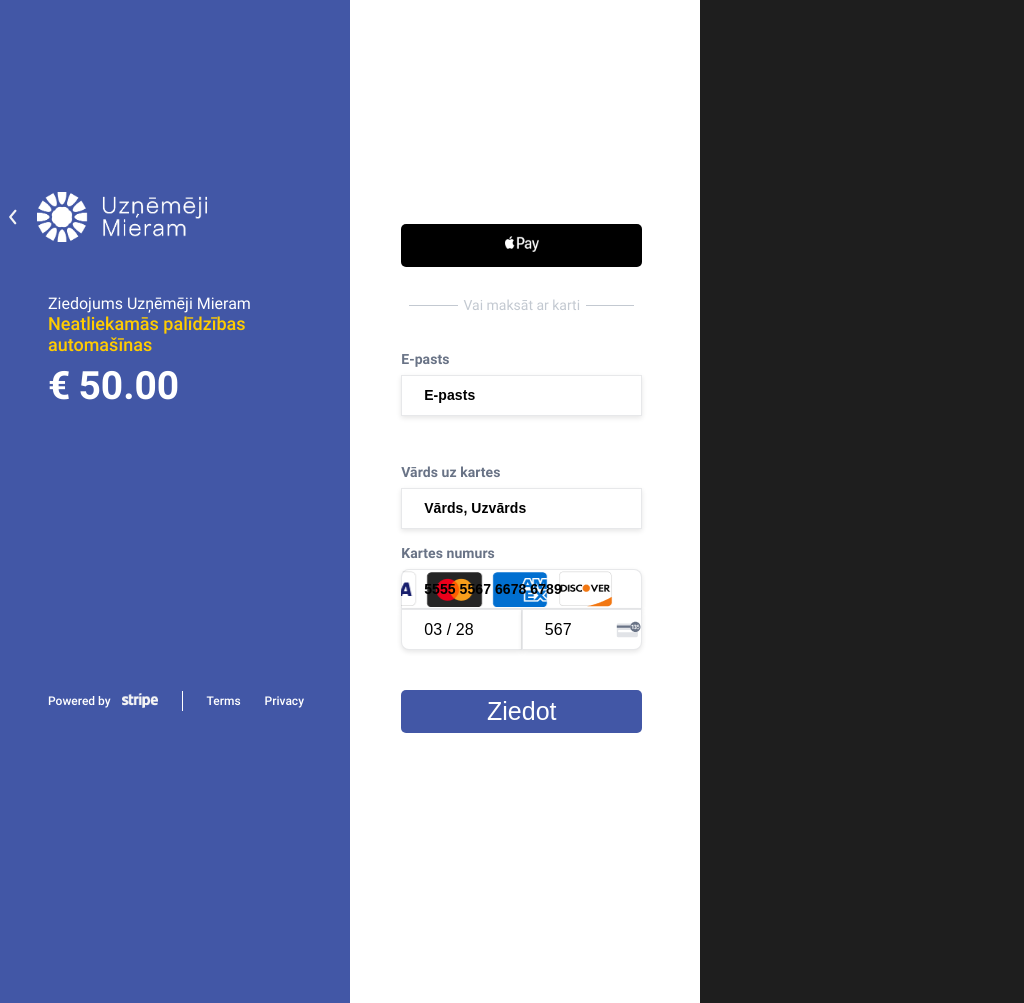
Repository: KatrinaPa/projekts_jul
Page: stripe.html
These files come from the project's save history. The page is drawn as it stood at one moment and after the next save; the edit follows.
The browser window is 1024 px wide. The pictures show the whole page.

Above is the page before, as saved 2023-08-02 15:15:22.

After the next save:
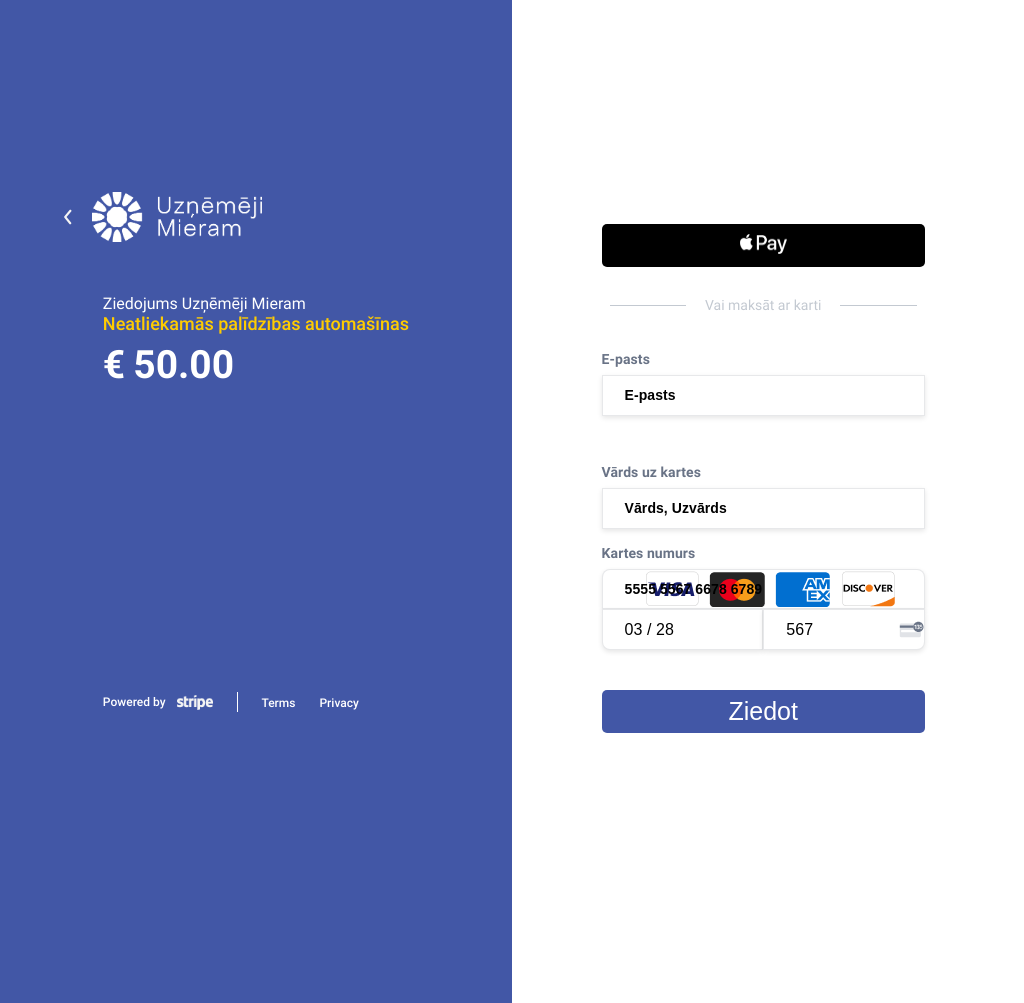
Saved 83 s later.
--- a/assets/stripe-styles.css
+++ b/assets/stripe-styles.css
@@ -270,7 +270,7 @@
     }
 }
 
-@media screen and (max-width: 1279px) {
+/*@media screen and (max-width: 1279px) {
     .panel-2 {
         max-width: 700px;
     }
@@ -286,9 +286,8 @@
     .terms-privacy {
         margin-top: 15.6rem;
     }
-}
-
-/* no @media screen and (max-width: 1279px) jānoņem viss izņemot ".panel-2"
+}*/
+
 
 @media (max-width: 1080px) {
     .wrapper_right {
